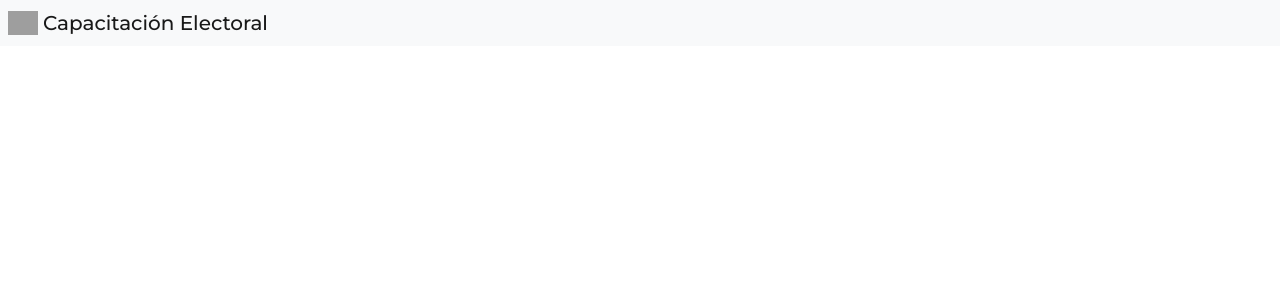
Repository: AlejandroJesusSerrano/capacitacion_electoral
Page: index.html
An editor plug-in stored every save of this project. The page is shown before and after the next save, followed by the edit.
The browser window is 1280 px wide. The pictures show the whole page.
Pictures or frames that could not be fetched are drawn as grey boxes. Some web fonts or font styles are not loaded; a fallback is used.

Above is the page before, as saved 2023-07-16 11:01:24.

### index.html
<!DOCTYPE html>
<html lang="en">
<head>
  <meta charset="UTF-8">
  <meta name="viewport" content="width=device-width, initial-scale=1.0">
  <title>Capacitación Electoral Salta</title>
  <link rel="stylesheet" href="./lib/bootstrap5.2.3/css/bootstrap.min.css">
  <link rel="stylesheet" href="./css/styles.css">
</head>
<body>
  <nav class="navbar bg-light">
    <div class="container-fluid">
      <a class="navbar-brand nav-title" href="#">
        <img src="/docs/5.2/assets/brand/bootstrap-logo.svg" alt="Logo" width="30" height="24" class="d-inline-block align-text-top">
        Capacitación Electoral
      </a>
    </div>
  </nav>

  <script src="./lib/bootstrap5.2.3/js/bootstrap.min.js"></script>
</body>
</html>

### css/styles.css
@import url('https://fonts.googleapis.com/css2?family=Hind+Madurai:wght@400;700&family=Lora:ital,wght@1,400;1,600&family=Montserrat:wght@500;600;700&display=swap');

*{
  margin: 0;
  padding: 0;
  box-sizing: border-box;
  font-size: 62.5%;
}

.nav-title{
  font-family: 'Montserrat', sans-serif;
  font-size: 2rem;

}

Loaded but not shown: lib/bootstrap5.2.3/css/bootstrap.min.css (library); lib/bootstrap5.2.3/js/bootstrap.min.js (library)

After the next save:
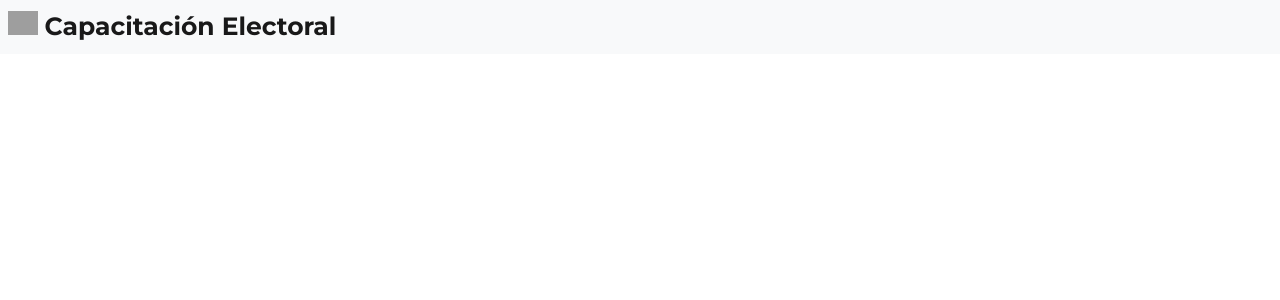
Saved 34 s later.
--- a/css/styles.css
+++ b/css/styles.css
@@ -9,6 +9,6 @@
 
 .nav-title{
   font-family: 'Montserrat', sans-serif;
-  font-size: 2rem;
-
+  font-size: 2.5rem;
+  font-weight: 700;
 }
